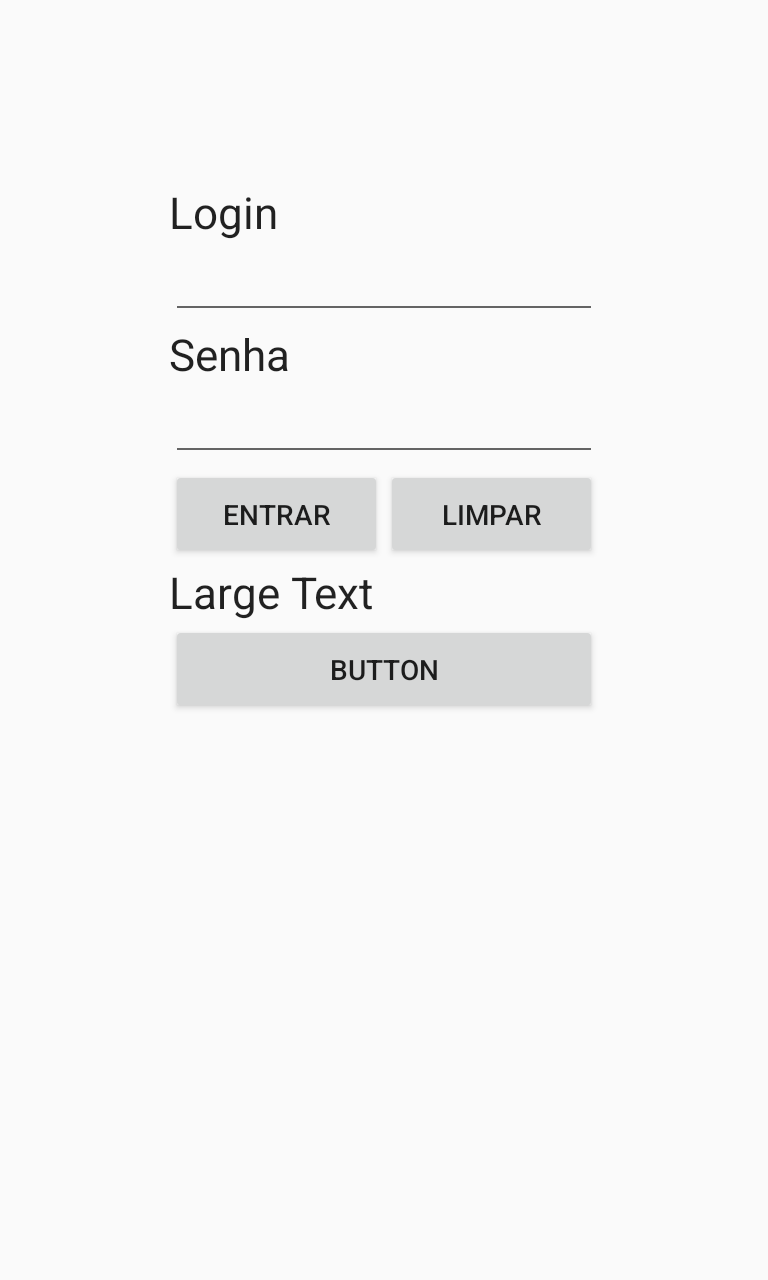
Repository: luizhenrique-dev/repositorio-mobile
Layout: ProjetoFinalMobile/UFGMemo/res/layout/activity_login.xml
The author's editor kept a copy of each file at every save. The layout is drawn from the files as they stood at one save, then again after the next save.
It is drawn on a 768 x 1280 px phone screen (xhdpi) without system bars, with theme AppTheme; the app's code is not run.

Above is the layout before, as saved 2014-05-18 02:10:13.

### ProjetoFinalMobile/UFGMemo/res/layout/activity_login.xml
<RelativeLayout xmlns:android="http://schemas.android.com/apk/res/android"
    xmlns:tools="http://schemas.android.com/tools"
    android:id="@+id/container"
    android:layout_width="match_parent"
    android:layout_height="match_parent"
    tools:context="br.ufg.inf.es.memo.LoginActivity"
    tools:ignore="MergeRootFrame" >

    <LinearLayout
        android:id="@+id/linearLayout1"
        android:layout_width="wrap_content"
        android:layout_height="wrap_content"
        android:layout_alignParentTop="true"
        android:layout_centerHorizontal="true"
        android:layout_marginTop="91dp"
        android:orientation="vertical" >

        <TextView
            android:id="@+id/textLogin"
            android:layout_width="wrap_content"
            android:layout_height="wrap_content"
            android:text="Login"
            android:textAppearance="?android:attr/textAppearanceLarge" />

        <EditText
            android:id="@+id/editText1"
            android:layout_width="215dp"
            android:layout_height="wrap_content" />

        <TextView
            android:id="@+id/textSenha"
            android:layout_width="wrap_content"
            android:layout_height="wrap_content"
            android:text="Senha"
            android:textAppearance="?android:attr/textAppearanceLarge" />

        <EditText
            android:id="@+id/editText2"
            android:layout_width="match_parent"
            android:layout_height="wrap_content"
            android:inputType="textPassword" />

        <LinearLayout
            android:layout_width="match_parent"
            android:layout_height="wrap_content" >

            <Button
                android:id="@+id/btnEntrar"
                android:layout_width="wrap_content"
                android:layout_height="wrap_content"
                android:layout_weight="0.35"
                android:text="Entrar" />

            <Button
                android:id="@+id/btnLimpar"
                android:layout_width="wrap_content"
                android:layout_height="wrap_content"
                android:layout_weight="0.35"
                android:text="Limpar" />
        </LinearLayout>

        <TextView
            android:id="@+id/textView3"
            android:layout_width="wrap_content"
            android:layout_height="wrap_content"
            android:text="Large Text"
            android:textAppearance="?android:attr/textAppearanceLarge" />

            <Button
                android:id="@+id/button3"
                android:layout_width="match_parent"
                android:layout_height="wrap_content"
                android:text="Button" />

    </LinearLayout>


</RelativeLayout>

Loaded but not shown: ProjetoFinalMobile/UFGMemo/res/values/styles.xml (common file); ProjetoFinalMobile/UFGMemo/res/values-v11/styles.xml (common file); ProjetoFinalMobile/UFGMemo/res/values-v14/styles.xml (common file)

After the next save:
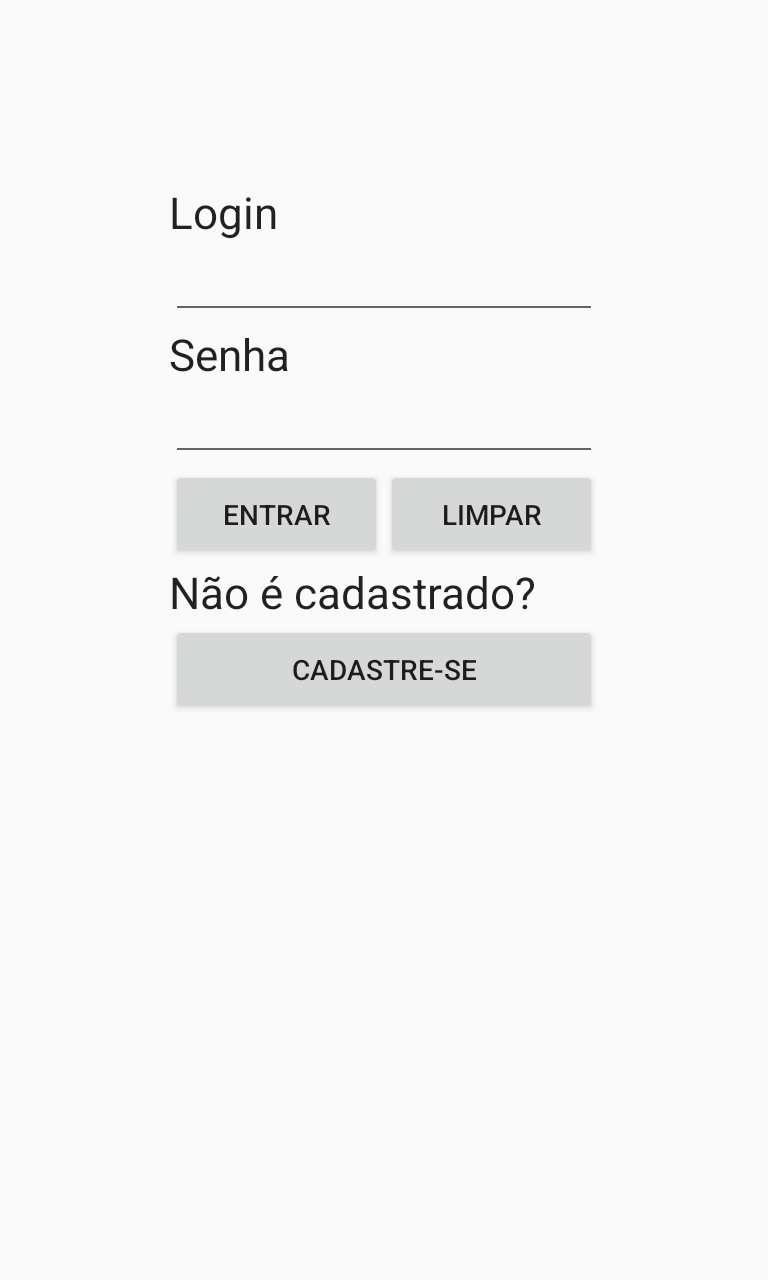
Saved 2 min 9 s later.
--- a/ProjetoFinalMobile/UFGMemo/res/layout/activity_login.xml
+++ b/ProjetoFinalMobile/UFGMemo/res/layout/activity_login.xml
@@ -23,7 +23,7 @@
             android:textAppearance="?android:attr/textAppearanceLarge" />
 
         <EditText
-            android:id="@+id/editText1"
+            android:id="@+id/entradaLogin"
             android:layout_width="215dp"
             android:layout_height="wrap_content" />
 
@@ -35,7 +35,7 @@
             android:textAppearance="?android:attr/textAppearanceLarge" />
 
         <EditText
-            android:id="@+id/editText2"
+            android:id="@+id/entradaSenha"
             android:layout_width="match_parent"
             android:layout_height="wrap_content"
             android:inputType="textPassword" />
@@ -63,14 +63,14 @@
             android:id="@+id/textView3"
             android:layout_width="wrap_content"
             android:layout_height="wrap_content"
-            android:text="Large Text"
+            android:text="Não é cadastrado?"
             android:textAppearance="?android:attr/textAppearanceLarge" />
 
             <Button
-                android:id="@+id/button3"
+                android:id="@+id/btnCadastrar"
                 android:layout_width="match_parent"
                 android:layout_height="wrap_content"
-                android:text="Button" />
+                android:text="Cadastre-se" />
 
     </LinearLayout>
 
